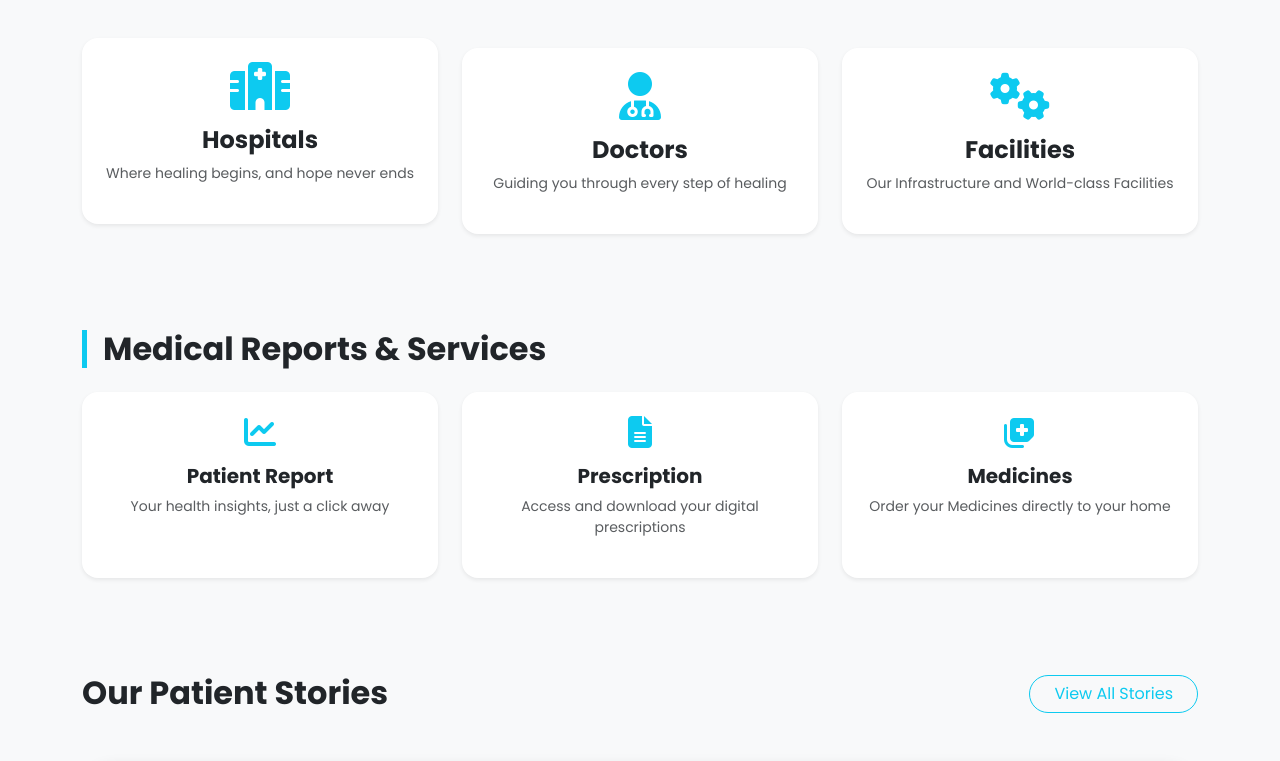
Repository: Rajasekaran0415/LifeCare-Management-System
Page: Project/index.html
These files come from the project's save history. The page is drawn as it stood at one moment and after a run of saves; the edit follows.
The browser window is 1280 px wide. The pictures show the part of the page from y = 591 to 1352 px (the page is 2436 px tall).
The pointer rests on the first visible `.hover-card`.
Pictures or frames that could not be fetched are drawn as grey boxes.

Above is the page before, as saved 2026-01-11 22:22:34.

After the next 4 saves:
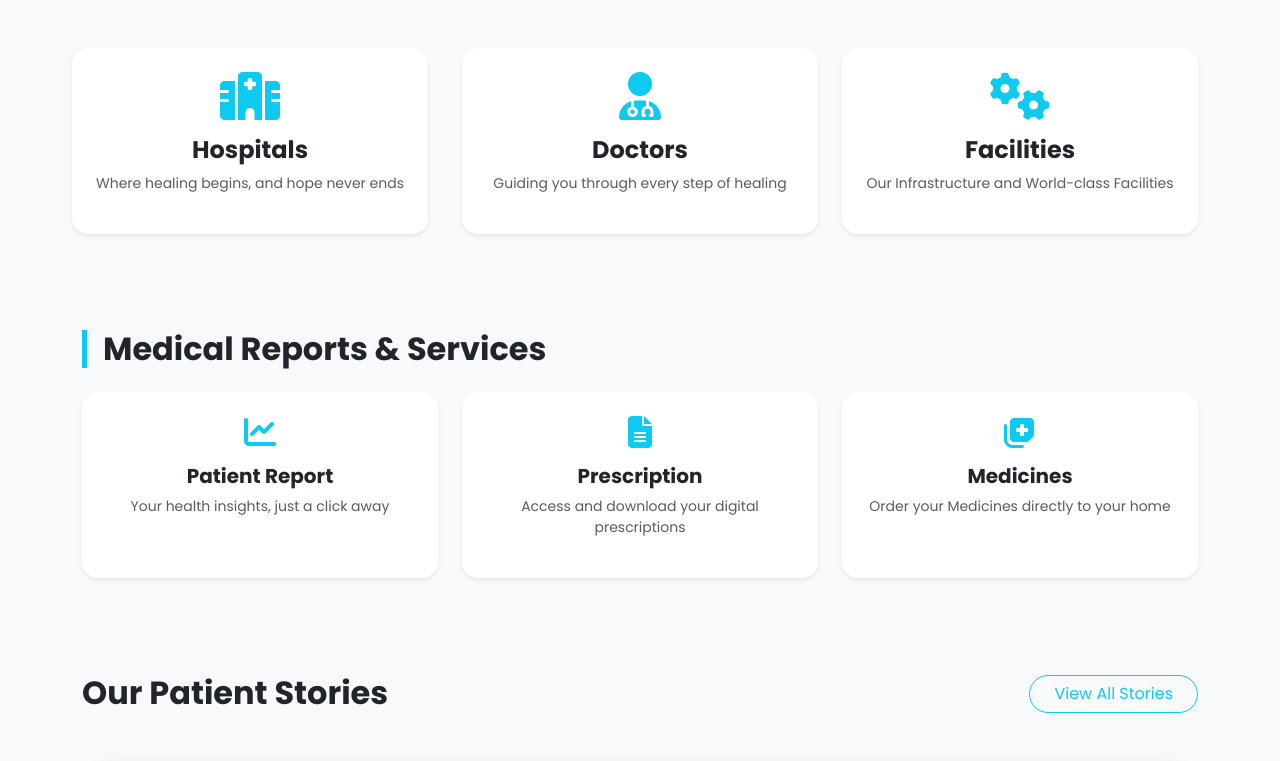
The 4 saves are shown as one change because they came seconds apart.
The last was saved 3 min 13 s later.
--- a/Project/index.html
+++ b/Project/index.html
@@ -17,7 +17,7 @@
             background-size: cover; background-position: center; height: 70vh;
         }
         /* Custom hover effect for your cards */
-        .hover-card:hover { transform: translateY(-10px); transition: 0.4s; }
+        .hover-card:hover { transform: translateX(-10px); transition: 0.4s; }
     </style>
 </head>
 <body>
